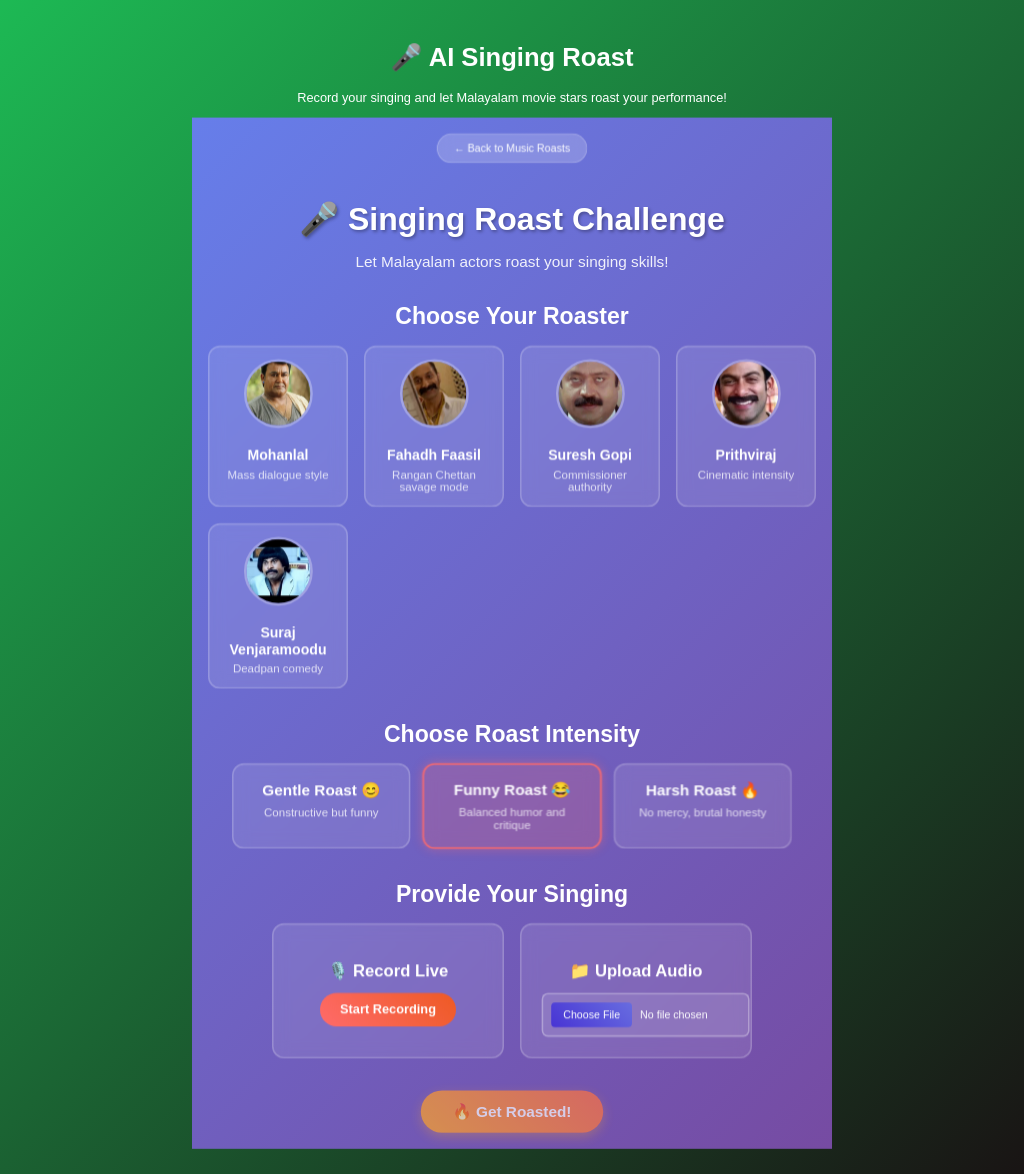
Repository: ashlin311/useless_project_team_gosh
Page: / (app in react-app/)
An editor plug-in stored every save of this project. The page is shown before and after the next save, followed by the edit.
The browser window is 1280 px wide. The pictures show the whole page, at 80% of full size.
The page's requests for data from a server got no answer. The project was rebuilt for these pictures with package versions that can differ from the ones it lists, and the page was loaded fresh each time. No one was signed in, and anything a server would have sent is missing.

Above is the page before, as saved 2025-08-10 10:16:05.

After the next save:
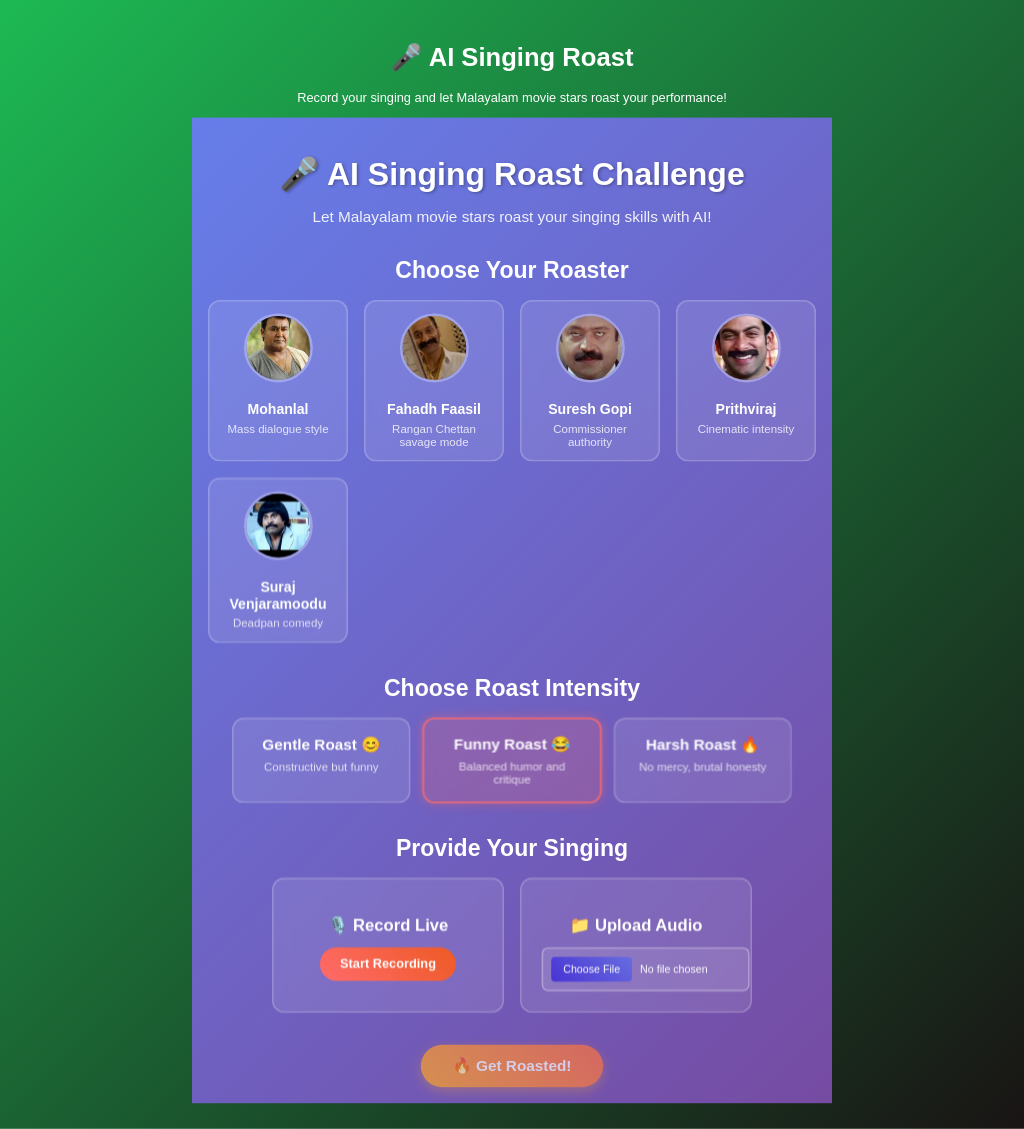
Saved 8 s later.
--- a/react-app/src/components/AudioRoastPage.js
+++ b/react-app/src/components/AudioRoastPage.js
@@ -178,11 +178,8 @@
   return (
     <div className="audio-roast-page">
       <div className="header">
-        <button onClick={onBack} className="back-button">
-          ← Back to Music Roasts
-        </button>
-        <h1>🎤 Singing Roast Challenge</h1>
-        <p>Let Malayalam actors roast your singing skills!</p>
+        <h1>🎤 AI Singing Roast Challenge</h1>
+        <p>Let Malayalam movie stars roast your singing skills with AI!</p>
       </div>
 
       {!roastResult ? (
